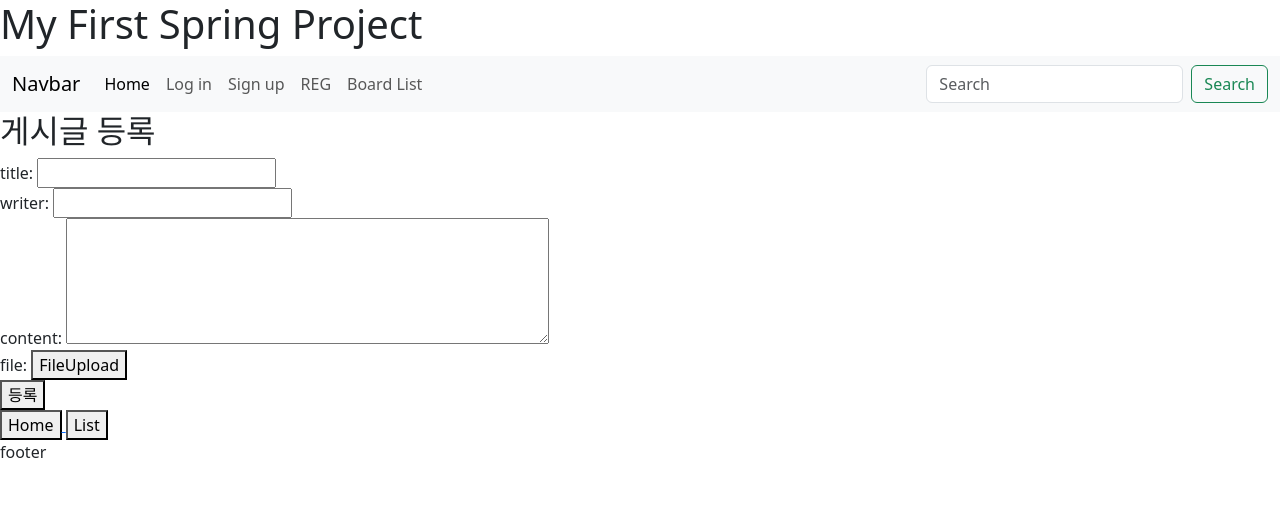
Repository: dfhdfhdfsza/springtest
Page: http://localhost/spring-Test/WEB-INF/views/board/register.jsp
An editor plug-in stored every save of this project. The page is shown before and after the next save, followed by the edit.
The browser window is 1280 px wide. The pictures show the whole page.
The page is served by Tomcat 9. Nobody is signed in. The template is opened directly, without the code that normally fills it, so the values that code supplies are empty.

Above is the page before, as saved 2023-10-12 09:13:43.

After the next save:
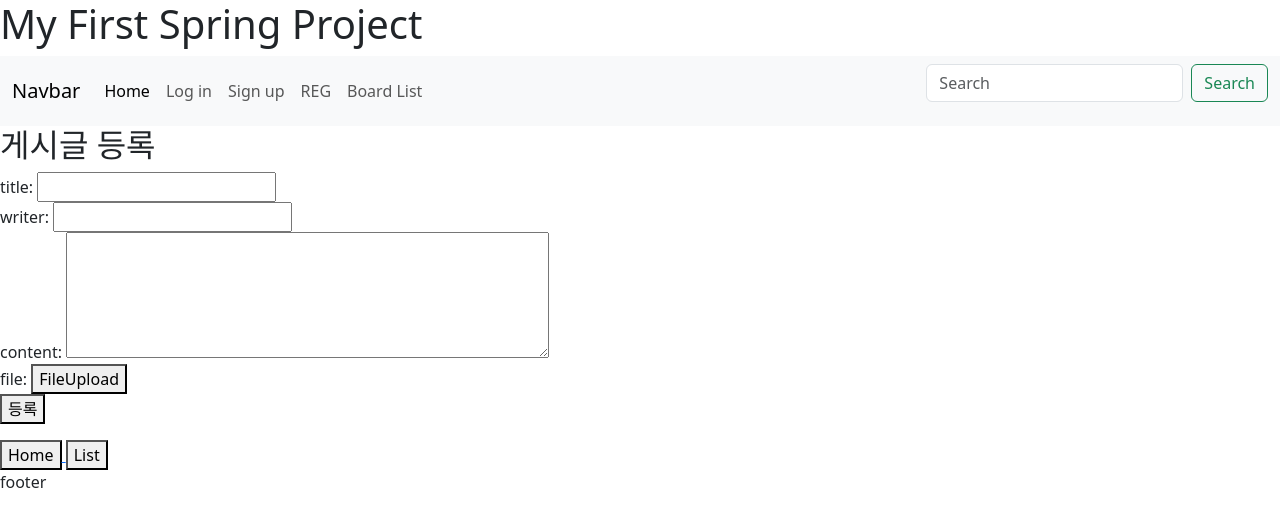
Saved 3 min 48 s later.
--- a/spring-Test/src/main/webapp/WEB-INF/views/board/register.jsp
+++ b/spring-Test/src/main/webapp/WEB-INF/views/board/register.jsp
@@ -1,6 +1,8 @@
 <%@ page language="java" contentType="text/html; charset=UTF-8"
     pageEncoding="UTF-8"%>
     <%@ taglib uri="http://java.sun.com/jsp/jstl/core" prefix="c"%>
+    <link href="https://cdn.jsdelivr.net/npm/bootstrap@5.3.2/dist/css/bootstrap.min.css" rel="stylesheet" integrity="sha384-T3c6CoIi6uLrA9TneNEoa7RxnatzjcDSCmG1MXxSR1GAsXEV/Dwwykc2MPK8M2HN" crossorigin="anonymous">
+<script src="https://cdn.jsdelivr.net/npm/bootstrap@5.3.2/dist/js/bootstrap.bundle.min.js" integrity="sha384-C6RzsynM9kWDrMNeT87bh95OGNyZPhcTNXj1NW7RuBCsyN/o0jlpcV8Qyq46cDfL" crossorigin="anonymous"></script>
 <!DOCTYPE html>
 <html>
 

After the 2 saves that followed:
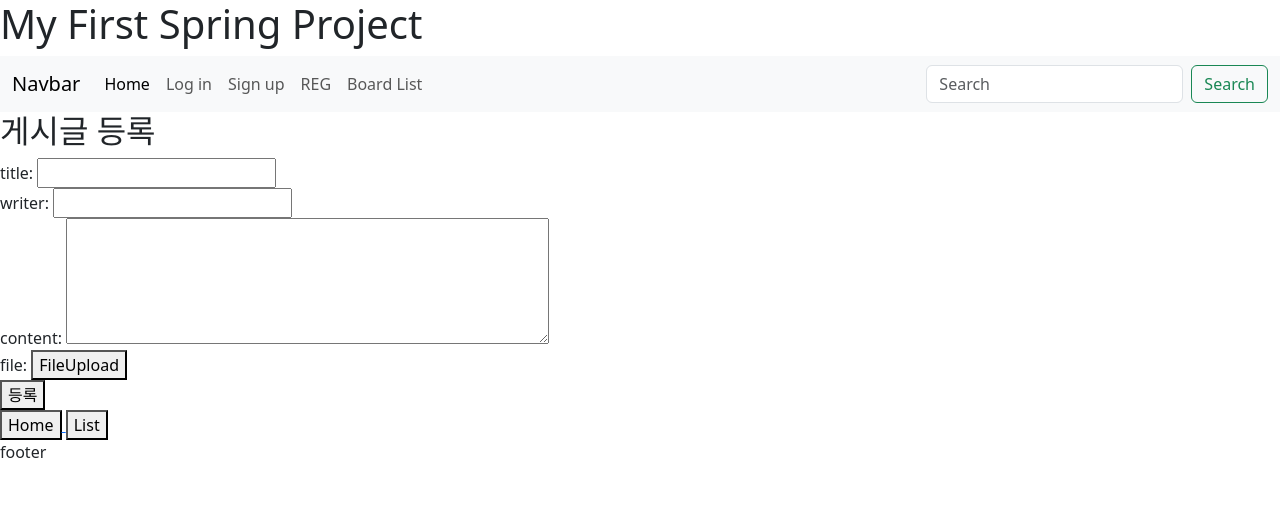
The 2 saves are shown as one change because 1 left the picture as it was.
The last was saved 36 s later.
--- a/spring-Test/src/main/webapp/WEB-INF/views/board/register.jsp
+++ b/spring-Test/src/main/webapp/WEB-INF/views/board/register.jsp
@@ -1,13 +1,14 @@
 <%@ page language="java" contentType="text/html; charset=UTF-8"
     pageEncoding="UTF-8"%>
     <%@ taglib uri="http://java.sun.com/jsp/jstl/core" prefix="c"%>
-    <link href="https://cdn.jsdelivr.net/npm/bootstrap@5.3.2/dist/css/bootstrap.min.css" rel="stylesheet" integrity="sha384-T3c6CoIi6uLrA9TneNEoa7RxnatzjcDSCmG1MXxSR1GAsXEV/Dwwykc2MPK8M2HN" crossorigin="anonymous">
-<script src="https://cdn.jsdelivr.net/npm/bootstrap@5.3.2/dist/js/bootstrap.bundle.min.js" integrity="sha384-C6RzsynM9kWDrMNeT87bh95OGNyZPhcTNXj1NW7RuBCsyN/o0jlpcV8Qyq46cDfL" crossorigin="anonymous"></script>
+
 <!DOCTYPE html>
 <html>
 
 <head>
 <meta charset="UTF-8">
+<link href="https://cdn.jsdelivr.net/npm/bootstrap@5.3.2/dist/css/bootstrap.min.css" rel="stylesheet" integrity="sha384-T3c6CoIi6uLrA9TneNEoa7RxnatzjcDSCmG1MXxSR1GAsXEV/Dwwykc2MPK8M2HN" crossorigin="anonymous">
+	<script src="https://cdn.jsdelivr.net/npm/bootstrap@5.3.2/dist/js/bootstrap.bundle.min.js" integrity="sha384-C6RzsynM9kWDrMNeT87bh95OGNyZPhcTNXj1NW7RuBCsyN/o0jlpcV8Qyq46cDfL" crossorigin="anonymous"></script>
 <title>Insert title here</title>
 </head>
 <body>
